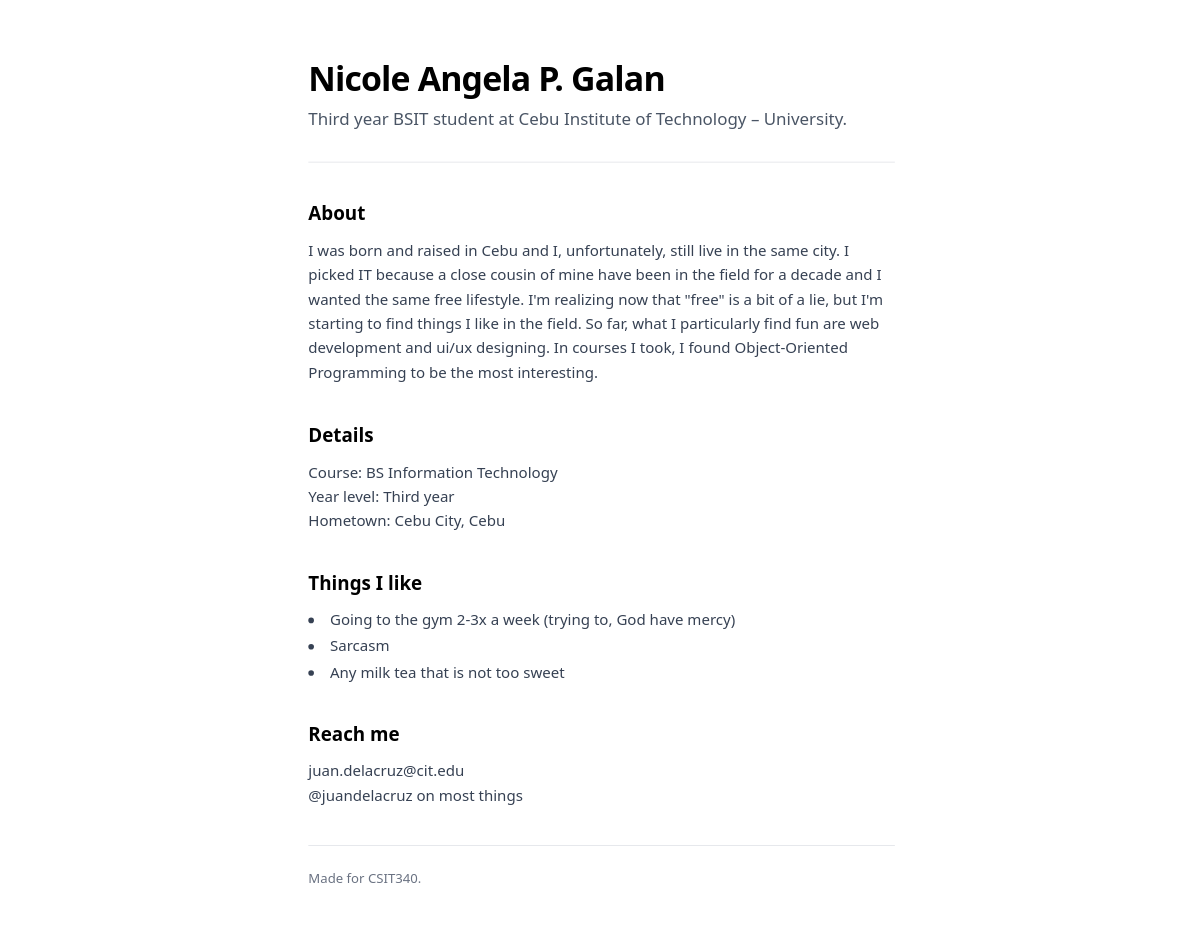
Repository: nicole-galan/CSIT340-Lab1-Galan
Page: /
These files come from the project's save history. The page is drawn as it stood at one moment and after the next save; the edit follows.
The browser window is 1280 px wide. The pictures show the whole page, at 94% of full size.
The project was rebuilt for these pictures with package versions that can differ from the ones it lists, and the page was loaded fresh each time. Also part of the build but not shown: vite.config.js.

Above is the page before, as saved 2026-09-04 16:49:51.

After the next save:
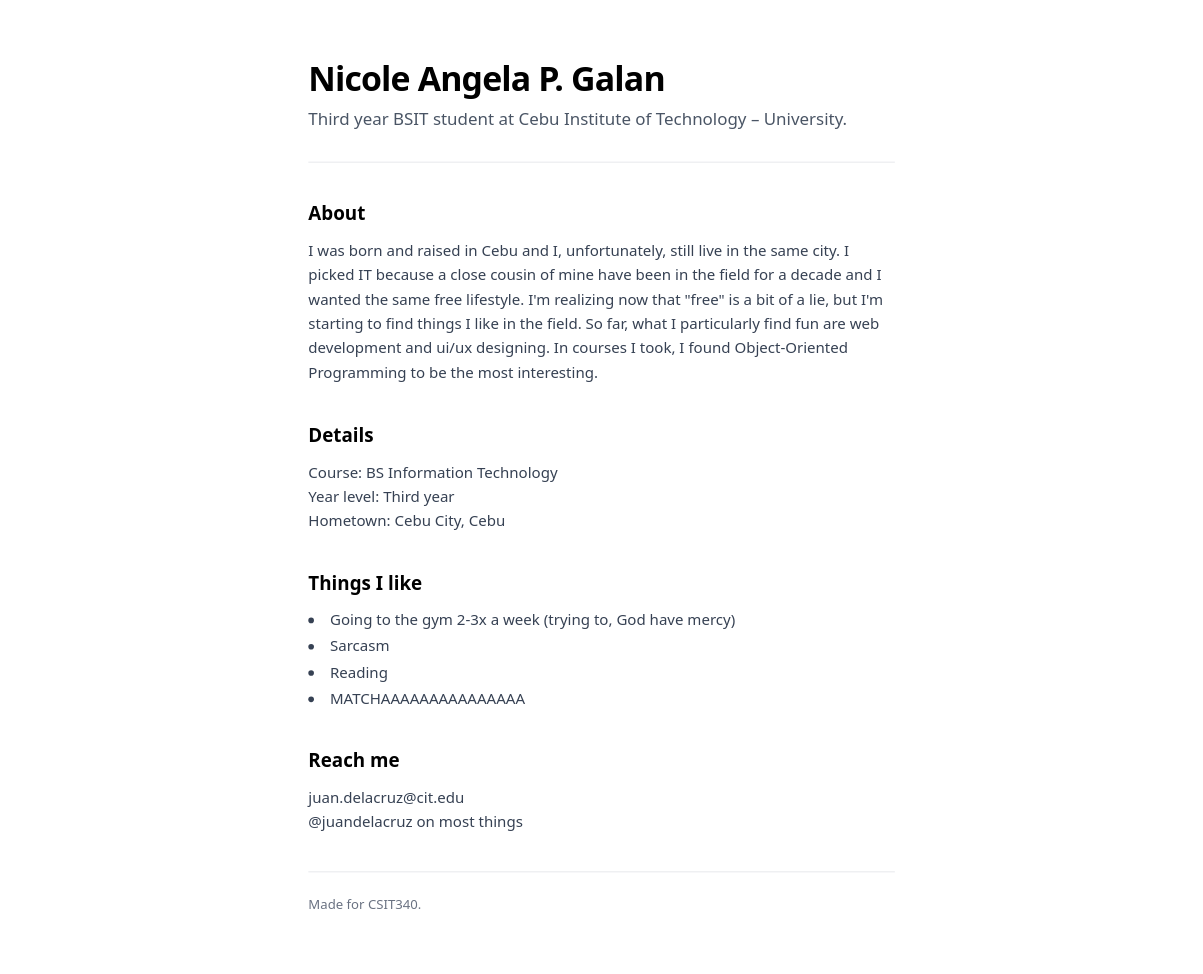
Saved 22 s later.
--- a/src/App.jsx
+++ b/src/App.jsx
@@ -38,7 +38,8 @@ function App() {
           <ul className="list-disc list-inside space-y-1 text-gray-700">
             <li>Going to the gym 2-3x a week (trying to, God have mercy)</li>
             <li>Sarcasm</li>
-            <li>Any milk tea that is not too sweet</li>
+            <li>Reading</li>
+            <li>MATCHAAAAAAAAAAAAAAA</li>
           </ul>
         </section>
 
